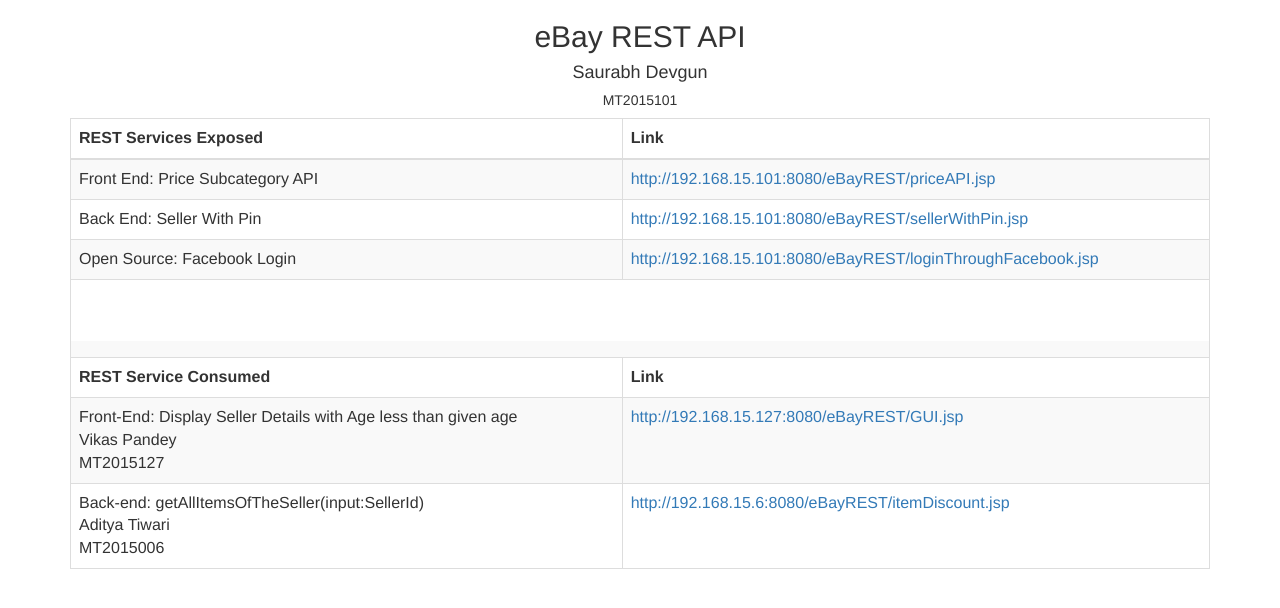
Repository: saurabh-devgun-iiitb/RESTProject
Page: http://localhost/eBayREST/
These files come from the project's save history. The page is drawn as it stood at one moment and after the next save; the edit follows.
The browser window is 1280 px wide. The pictures show the whole page.
The page is served by Tomcat 9.

Above is the page before, as saved 2016-07-23 06:20:11.

After the next save:
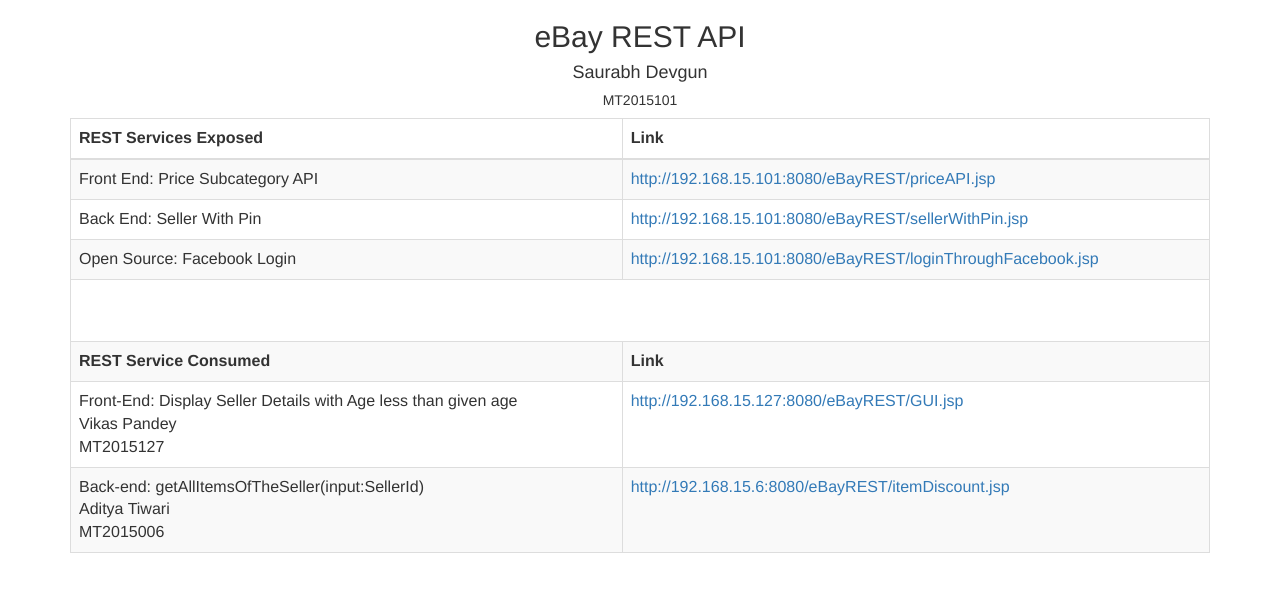
Saved 6 s later.
--- a/eBayREST/WebContent/index.jsp
+++ b/eBayREST/WebContent/index.jsp
@@ -34,9 +34,6 @@
         </tr>
         <tr>
         	<td colspan="2" style="border:0px"><br><br></td>
-        </tr>
-        <tr>
-        	<td colspan="2" style="border:0px"></td>
         </tr>
         <tr>
           <th>REST Service Consumed</th>
